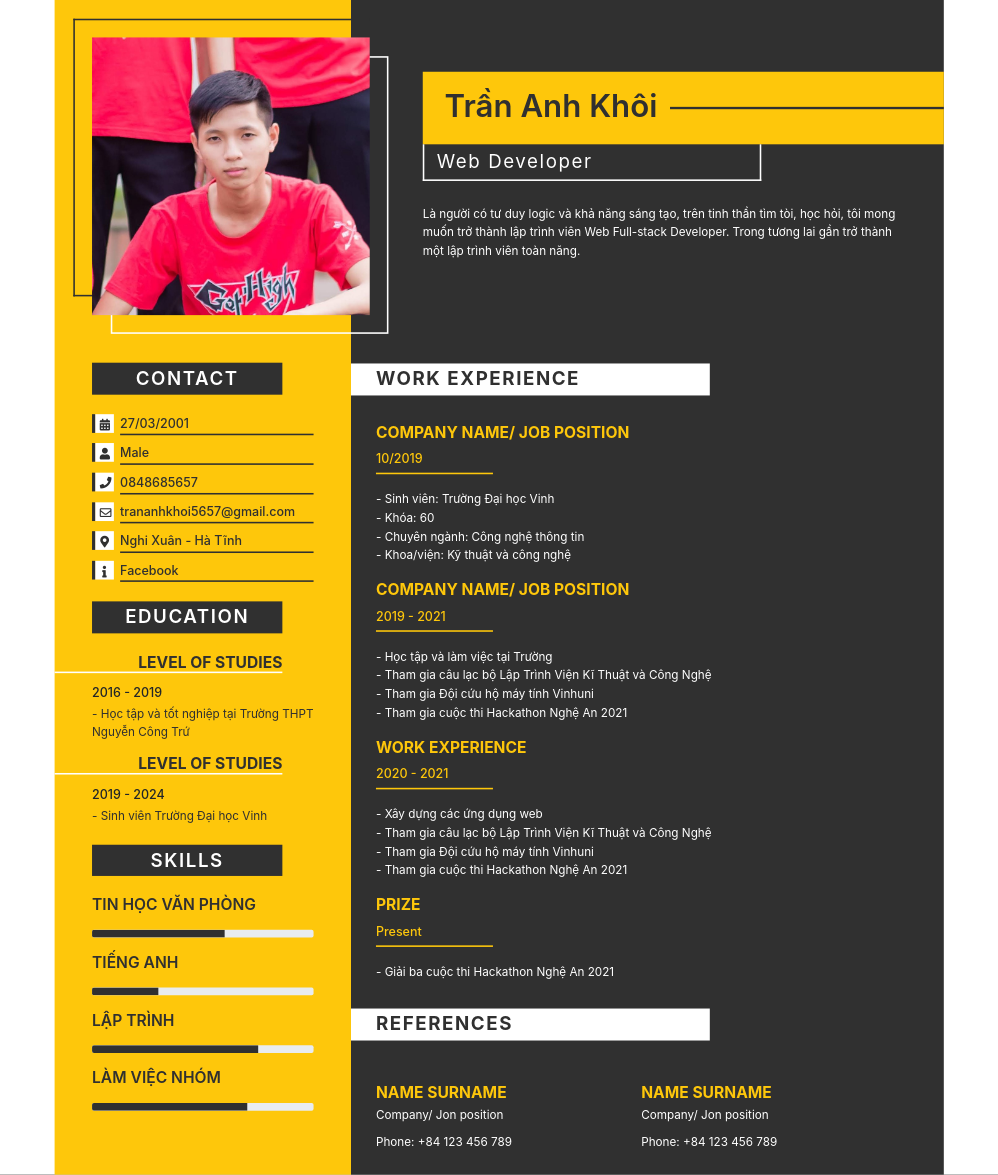
Repository: khoitadev/myCV
Page: index.html
These files come from the project's save history. The page is drawn as it stood at one moment and after the next save; the edit follows.
The browser window is 1280 px wide. The pictures show the whole page, at 78% of full size.
Some web libraries are served in a nearby version.

Above is the page before, as saved 2022-02-11 23:12:26.

After the next save:
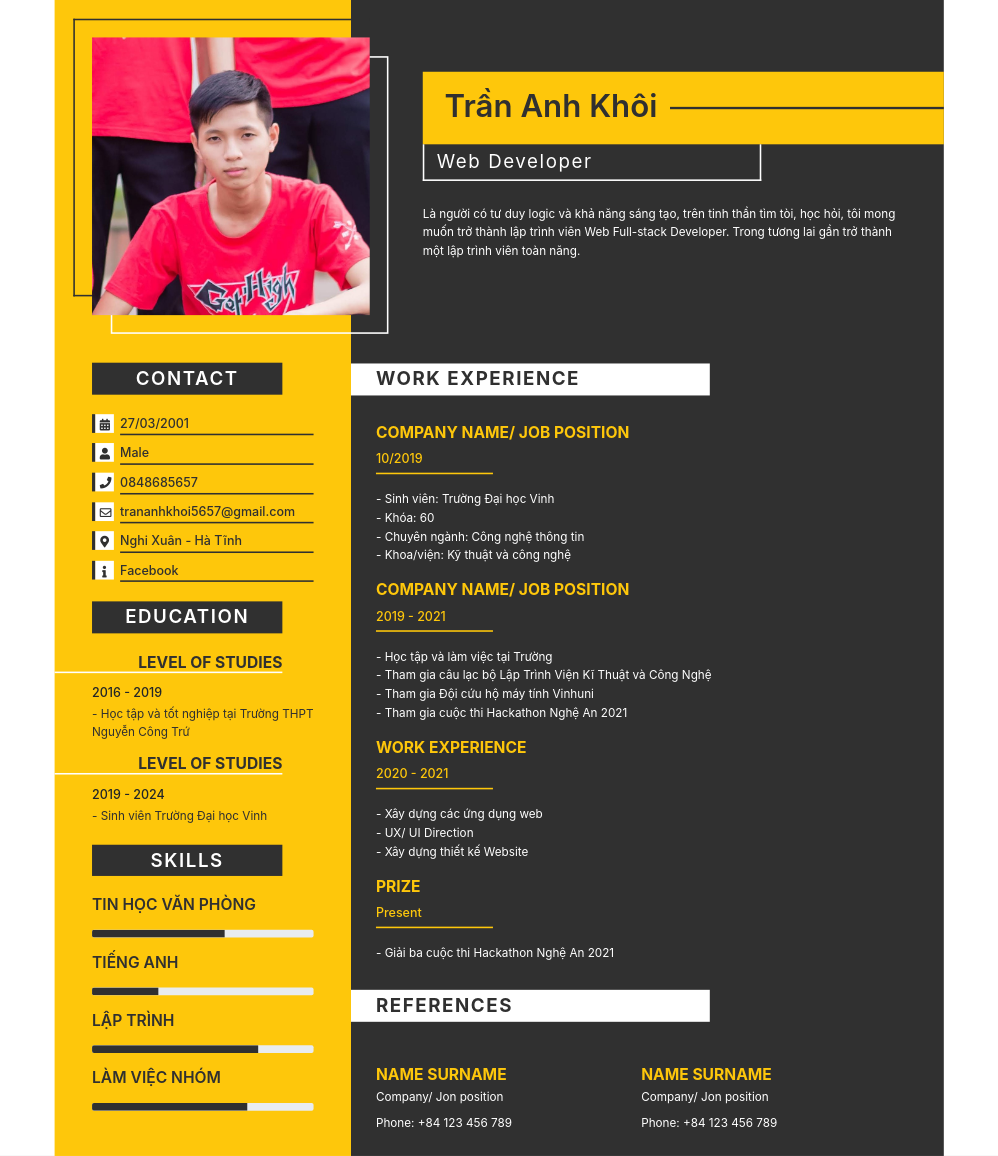
Saved 74 s later.
--- a/index.html
+++ b/index.html
@@ -135,9 +135,8 @@
           <h4 class="work__title">2020 - 2021</h4>
           <p class="text-toright">
             - Xây dựng các ứng dụng web <br>
-            - Tham gia câu lạc bộ Lập Trình Viện Kĩ Thuật và Công Nghệ <br>
-            - Tham gia Đội cứu hộ máy tính Vinhuni <br>
-            - Tham gia cuộc thi Hackathon Nghệ An 2021 <br>
+            - UX/ UI Direction <br>
+            - Xây dựng thiết kế Website
           </p>
           <h3 class="work__heading">PRIZE</h3>
           <h4 class="work__title">Present</h4>
